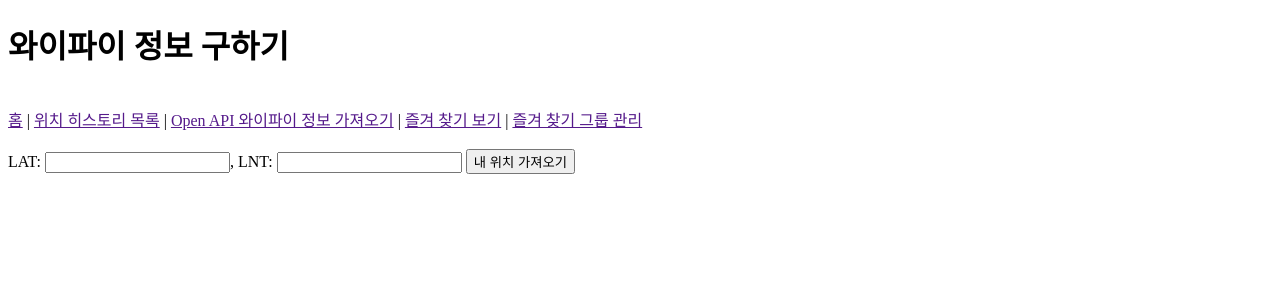
Repository: WooHyun94/Mission1_WIFI
Page: http://localhost/Mission1-WIFI/
An editor plug-in stored every save of this project. The page is shown before and after the next save, followed by the edit.
The browser window is 1280 px wide. The pictures show the whole page.
The page is served by Tomcat 9.

Above is the page before, as saved 2023-09-26 16:00:57.

### Mission1-WIFI/src/main/webapp/index.jsp
<%@ page language="java" contentType="text/html; charset=UTF-8"
    pageEncoding="UTF-8"%>
<!DOCTYPE html>
<html>
<head>
<meta charset="UTF-8">
<title>Insert title here</title>
</head>
<body>
	<h1>와이파이 정보 구하기</h1>
	<br>
	<a href=''>홈</a>
	|
	<a href=''>위치 히스토리 목록</a>
	|
	<a href=''>Open API 와이파이 정보 가져오기</a>
	|
	<a href=''>즐겨 찾기 보기</a>
	|
	<a href=''>즐겨 찾기 그룹 관리</a>
	<br><br>
	LAT: <input type="text" id="lat">,
	LNT: <input type="text" id="lnt">
	<button>내 위치 가져오기</button>
</body>
</html>

After the next save:
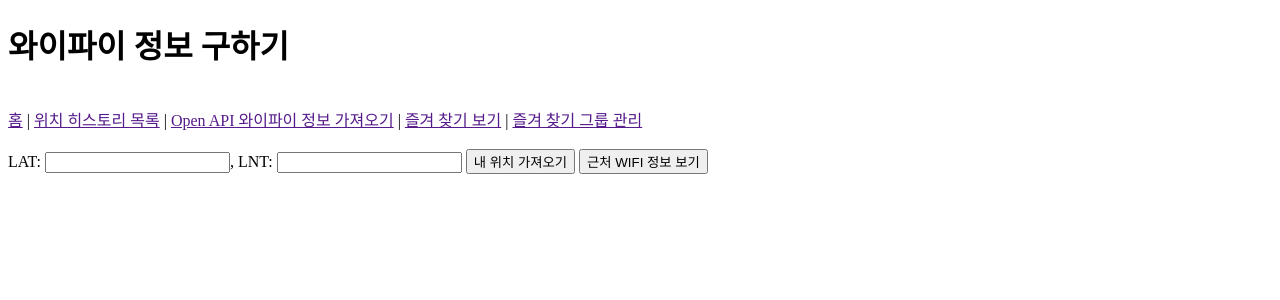
Saved 66 s later.
--- a/Mission1-WIFI/src/main/webapp/index.jsp
+++ b/Mission1-WIFI/src/main/webapp/index.jsp
@@ -22,5 +22,6 @@
 	LAT: <input type="text" id="lat">,
 	LNT: <input type="text" id="lnt">
 	<button>내 위치 가져오기</button>
+	<button>근처 WIFI 정보 보기</button>
 </body>
 </html>
